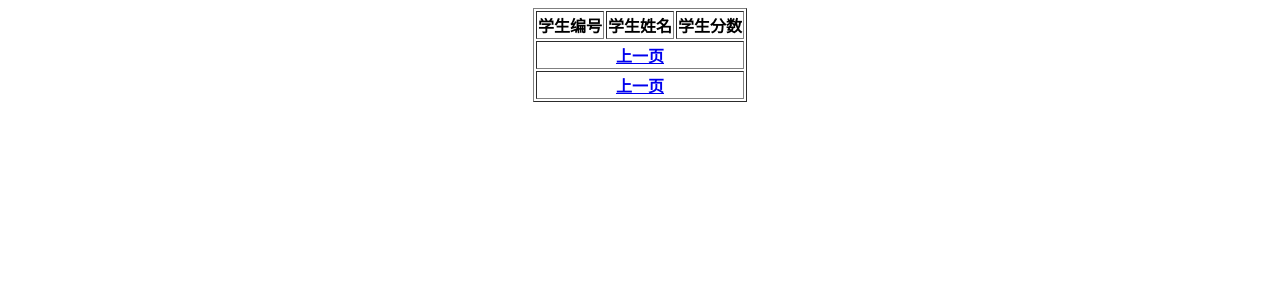
Repository: byuan98/study
Page: http://localhost/day071web/test/getallstudentpaging?pageNumber=-1
The author's editor kept a copy of each file at every save. The page is drawn from the files as they stood at one save, then again after the next save.
The browser window is 1280 px wide. The pictures show the whole page.
The page is served by Tomcat 9. Queries for data that is not in the repository find no rows.

Above is the page before, as saved 2021-03-30 14:54:58.

After the next save:
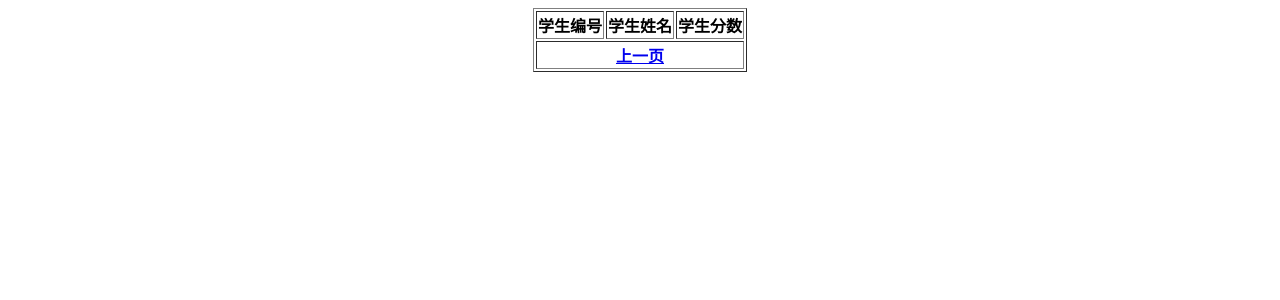
Saved 77 s later.
--- a/day071web/WebContent/jsp/pagingoptimization.jsp
+++ b/day071web/WebContent/jsp/pagingoptimization.jsp
@@ -21,26 +21,7 @@
         <td>${stu.stuscore}</td>
       </tr>
     </core:forEach>
-    <tr>
-      <th colspan="5" height="10px">
-        <core:if test="${requestScope.studentpaging.pageNumber!=1}">
-          <a href="<core:url value='/test/getallstudentpaging?pageNumber=${requestScope.studentpaging.pageNumber-1}'/>">上一页</a>
-        </core:if>
-        <core:forEach begin="1" end="${requestScope.studentpaging.pageTotal}" var="pn">
-          <core:choose>
-            <core:when test="${pn != requestScore.studentpaging.pageNumber}">
-              <a href="<core:url value='/test/getallstudentpaging?pageNumber=${pn}'/>">${pn}</a>
-            </core:when>
-            <core:otherwise>
-              <a>[${pn}]</a>
-            </core:otherwise>
-          </core:choose>
-        </core:forEach>
-        <core:if test="${requestScope.studentpaging.pageNumber lt requestScope.studentpaging.pageTotal}">
-          <a href="<core:url value='/test/getallstudentpaging?pageNumber=${requestScope.studentpaging.pageNumber+1}'/>">下一页</a>
-        </core:if>
-      </th>
-    </tr>
+
 
     <tr>
       <th colspan="3">

After the save that followed:
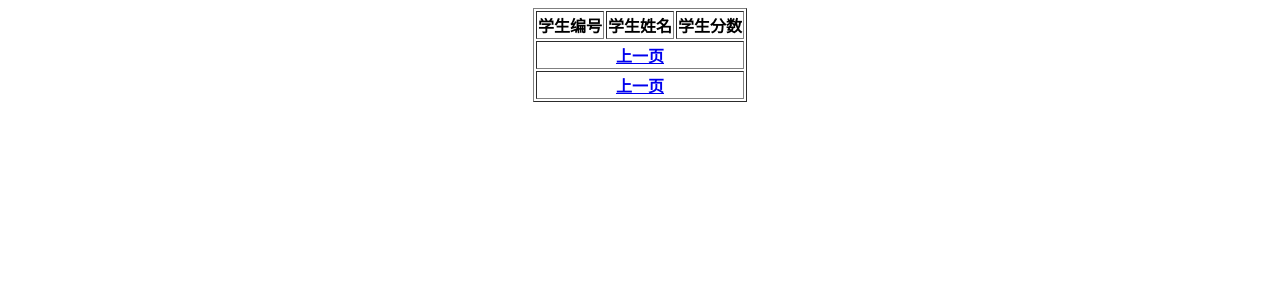
Saved 13 s later.
--- a/day071web/WebContent/jsp/pagingoptimization.jsp
+++ b/day071web/WebContent/jsp/pagingoptimization.jsp
@@ -21,7 +21,26 @@
         <td>${stu.stuscore}</td>
       </tr>
     </core:forEach>
-
+    <tr>
+      <th colspan="5" height="10px">
+        <core:if test="${requestScope.studentpaging.pageNumber!=1}">
+          <a href="<core:url value='/test/getallstudentpaging?pageNumber=${requestScope.studentpaging.pageNumber-1}'/>">上一页</a>
+        </core:if>
+        <core:forEach begin="1" end="${requestScope.studentpaging.pageTotal}" var="pn">
+          <core:choose>
+            <core:when test="${pn != requestScore.studentpaging.pageNumber}">
+              <a href="<core:url value='/test/getallstudentpaging?pageNumber=${pn}'/>">${pn}</a>
+            </core:when>
+            <core:otherwise>
+              <a>[${pn}]</a>
+            </core:otherwise>
+          </core:choose>
+        </core:forEach>
+        <core:if test="${requestScope.studentpaging.pageNumber lt requestScope.studentpaging.pageTotal}">
+          <a href="<core:url value='/test/getallstudentpaging?pageNumber=${requestScope.studentpaging.pageNumber+1}'/>">下一页</a>
+        </core:if>
+      </th>
+    </tr>
 
     <tr>
       <th colspan="3">
